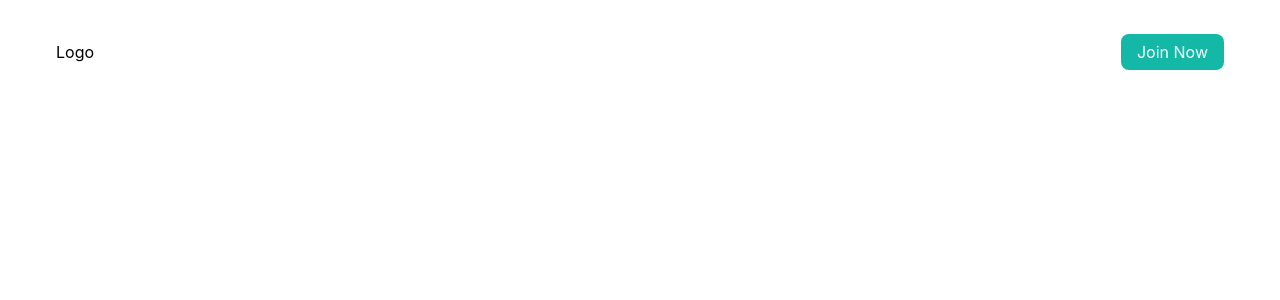
Repository: arafatmollah/auth-app
Page: /
The author's editor kept a copy of each file at every save. The page is drawn from the files as they stood at one save, then again after a run of saves.
The browser window is 1280 px wide. The pictures show the whole page.
The project was rebuilt for these pictures with package versions that can differ from the ones it lists, and the page was loaded fresh each time. The framework's server and built-in components were replaced by stand-ins that run in the browser. Also part of the build but not shown: next.config.js.

Above is the page before, as saved 2022-10-03 22:51:27.

After the next 4 saves:
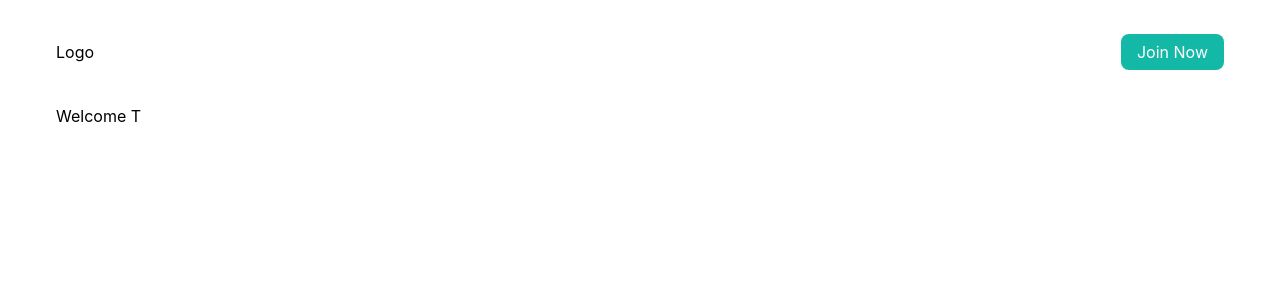
The 4 saves are shown as one change because they came seconds apart.
The last was saved 31 s later.
--- a/pages/index.js
+++ b/pages/index.js
@@ -12,7 +12,7 @@ export default function Home() {
       </Head>
 
       <main>
-
+       <h2>Welcome T</h2>
       </main>
 
 
